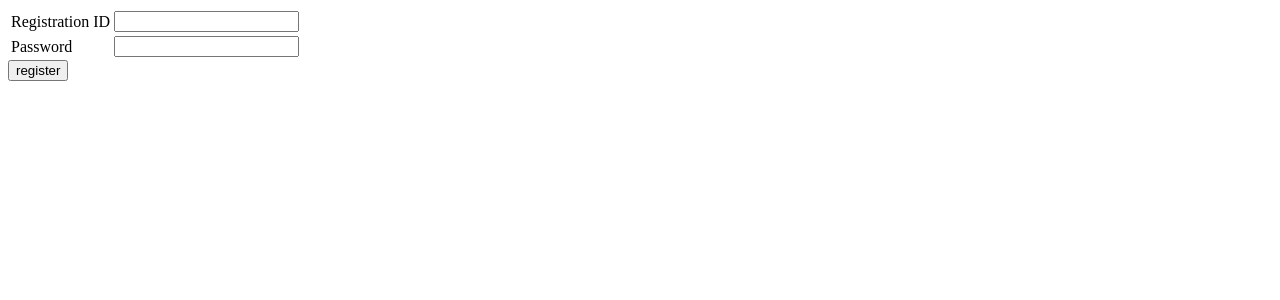
Repository: vishaldhardubey/Java-Programs-BridgeIT
Page: Maven/StudentInfoApplication/WebContent/loginPage.html
An editor plug-in stored every save of this project. The page is shown before and after the next save, followed by the edit.
The browser window is 1280 px wide. The pictures show the whole page.

Above is the page before, as saved 2018-06-20 13:07:54.

### Maven/StudentInfoApplication/WebContent/loginPage.html
<!DOCTYPE html>
<html>
<head>
<meta charset="UTF-8">
<title>Login Page</title>
<!-- <script type="text/javascript">
function Validation(){
	var user =document.getElementbyID("fs");
	var password=document.getElementbyID("fd");
	if(user==' '){
		alert("User Name cannot be blank!")
	}
	else if (/^\w+([\.-]?\w+)*@\w+([\.-]?\w+)*(\.\w{2,3})+$/.test(myForm.emailAddr.value))
	  {
	    return (true)
	  }
	    alert("You have entered an invalid email address!")
	    return (false)
	}
}
</script> -->
</head>
<body>
<!-- <fieldset title="Change Password">
<legend> Login Page</legend>
<form action="login" method="post">
	<table>
	<tr>
		<td>Registration ID :</td>
		<td> <input type ="text" name="user"></td>
		</tr>
		<tr>
		<td> Password :</td>
		<td> <input type ="password" name="passKey"></td>
	</tr>
	</table>
	<br>
	<input type="submit" value="Submit">
	<input type="submit" value="Sign Up">
	<br>
	<a href="changePassword.html">forget password ?</a>
	</form>
	</fieldset> -->
	<form action="login" method="post">
			<table style="with: 50%">
				<tr>
					<td>Registration ID</td>
					<td><input type="text" name="user" /></td>
				</tr>
				<tr>
					<td>Password</td>
					<td><input type="password" name="passKey" /></td>
				</tr>
				</table>
			<input type="submit" value="register" />
		</form>
</body>
</html>

After the next save:
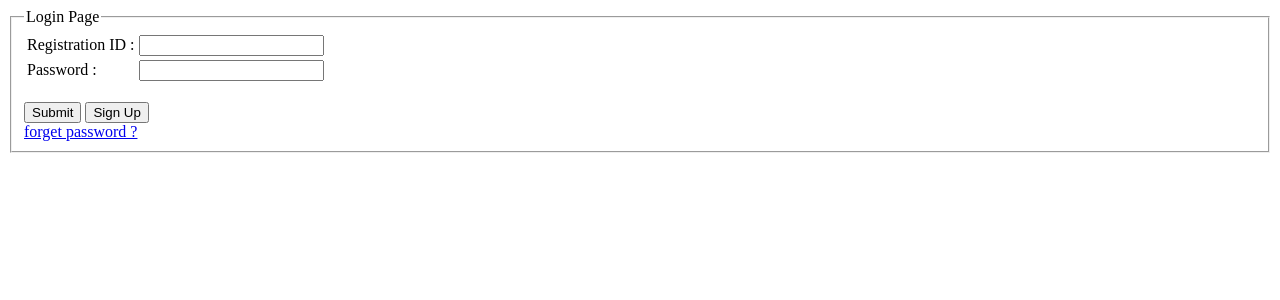
Saved 3 min 14 s later.
--- a/Maven/StudentInfoApplication/WebContent/loginPage.html
+++ b/Maven/StudentInfoApplication/WebContent/loginPage.html
@@ -21,7 +21,7 @@ function Validation(){
 </script> -->
 </head>
 <body>
-<!-- <fieldset title="Change Password">
+<fieldset title="Change Password">
 <legend> Login Page</legend>
 <form action="login" method="post">
 	<table>
@@ -40,19 +40,6 @@ function Validation(){
 	<br>
 	<a href="changePassword.html">forget password ?</a>
 	</form>
-	</fieldset> -->
-	<form action="login" method="post">
-			<table style="with: 50%">
-				<tr>
-					<td>Registration ID</td>
-					<td><input type="text" name="user" /></td>
-				</tr>
-				<tr>
-					<td>Password</td>
-					<td><input type="password" name="passKey" /></td>
-				</tr>
-				</table>
-			<input type="submit" value="register" />
-		</form>
+	</fieldset>
 </body>
 </html>
